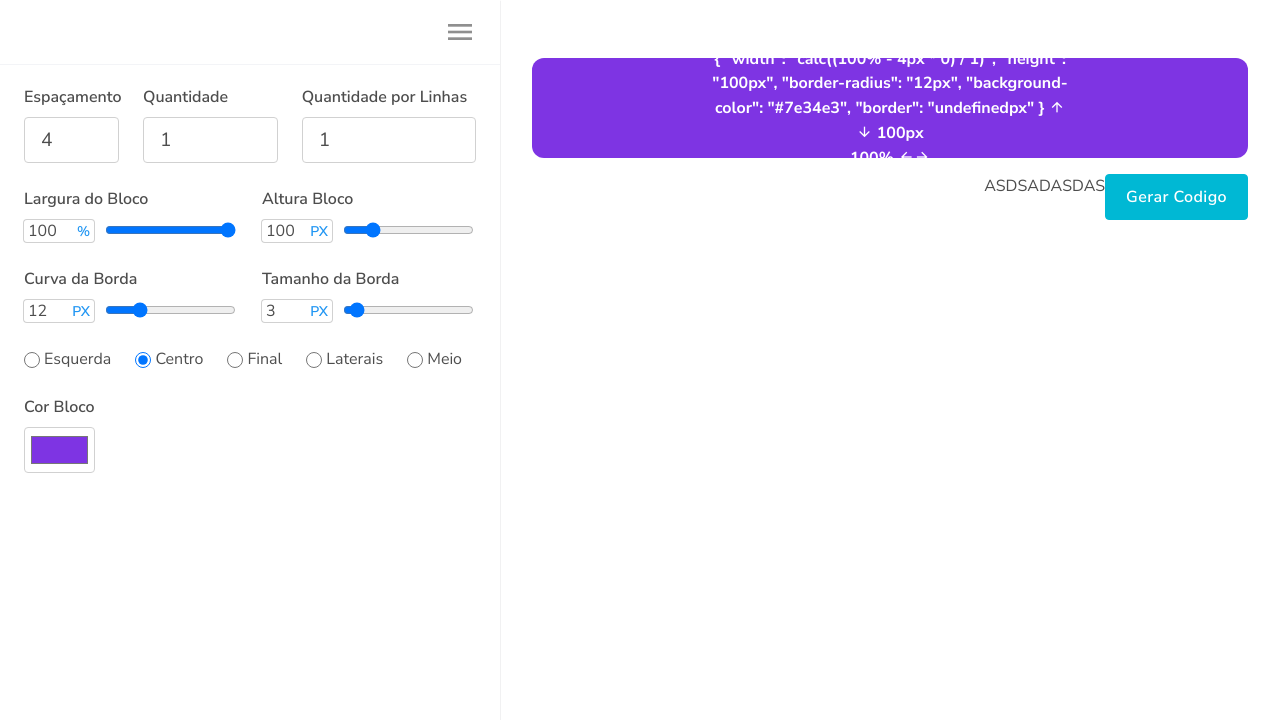
Repository: Flintdl/lowcode-elements
Page: /
These files come from the project's save history. The page is drawn as it stood at one moment and after the next save; the edit follows.
The browser window is 1280 px wide. The pictures show the whole page.
The project was rebuilt for these pictures with package versions that can differ from the ones it lists, and the page was loaded fresh each time. Also part of the build but not shown: vue.config.js.

Above is the page before, as saved 2022-04-05 14:40:09.

After the next save:
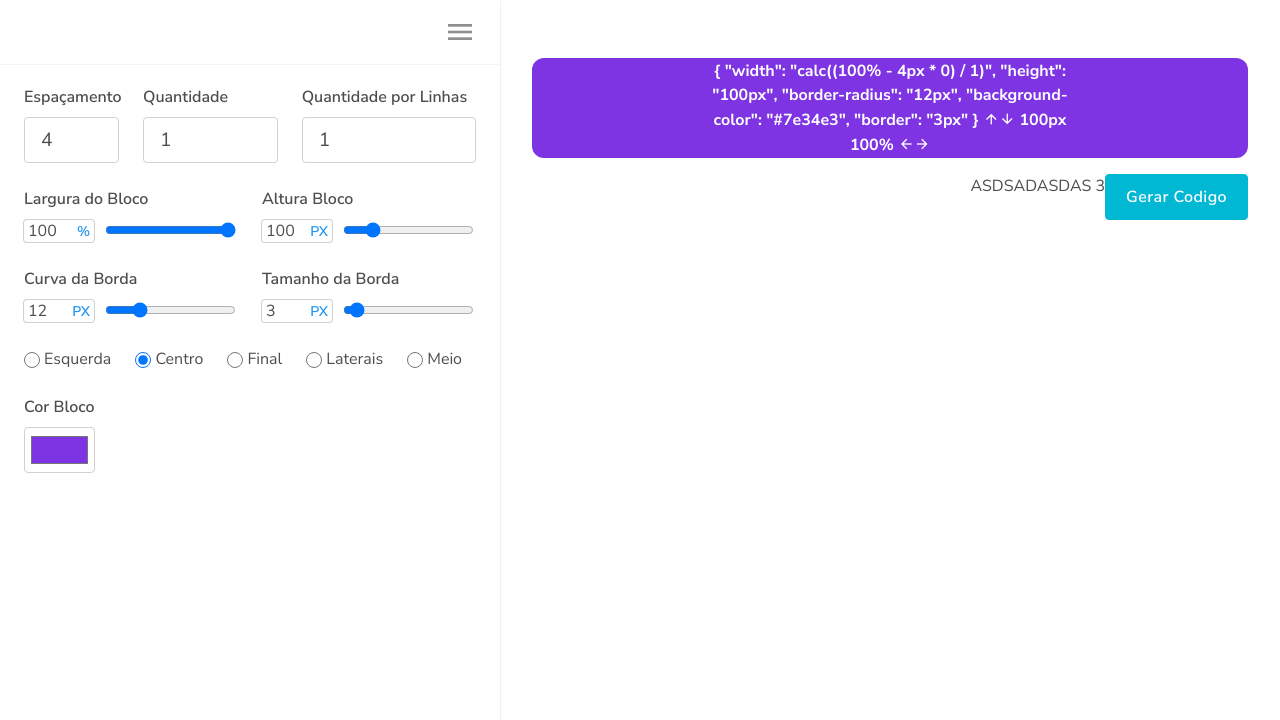
Saved 38 s later.
--- a/src/components/Menu/MenuTemplate.vue
+++ b/src/components/Menu/MenuTemplate.vue
@@ -80,6 +80,7 @@
         :inputBorderRadius="inputBorderRadius"
         :checkValue="checkValue"
         :inputColor="inputColor"
+        :inputBorder="inputBorder"
       />
     </div>
     <div class="ga-mascara-fundo" @click="mask"></div>
